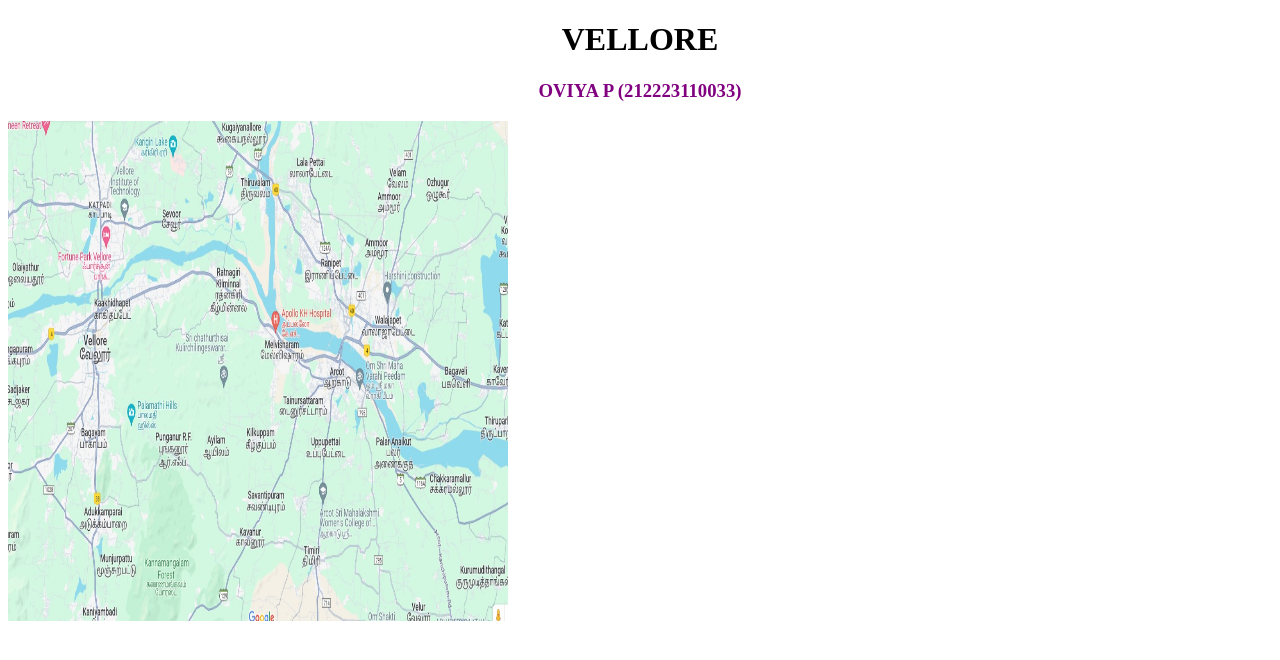
Repository: Oviya24032K6/NearMe
Page: ovi/surveyapp/static/map.html
An editor plug-in stored every save of this project. The page is shown before and after the next save, followed by the edit.
The browser window is 1280 px wide. The pictures show the whole page.

Above is the page before, as saved 2024-03-25 22:16:25.

### ovi/surveyapp/static/map.html
<!DOCTYPE html>
<html lang="en">
    <head>
        <title> NATIVE PLACE</title>
    </head>
</html>
<body>
    <h1 align="center">
        <font color="black"><b>VELLORE</b></font>
    </h1>
    <h3 align="center">
        <font color="purple"><b> OVIYA P (212223110033)</b></font>
    </h3>
    <!-- Image Map Generated by c:\Users\poviy\Music\map1.jpg-->
    <img src="destination.jpg" height="500" width="500" usemap="#image-map">
    <map name="image-map">
        <area target="_blank" alt="VIT UNIVERSITY" title="VIT UNIVERSITY" href="VIT UNIVERSITY.html" coords="1204,937,950,805" shape="rect">
        <area target="_blank" alt="VELLORE FORT" title="VELLORE FORT" href="VELLORE FORT.html" coords="1637,383,1364,255" shape="rect">
        <area target="_blank" alt="GOLDEN TEMPLE" title="GOLDEN TEMPLE" href="GOLDEEN TEMP.html" coords="938,683,111" shape="circle">
        <area target="_blank" alt="NTTF VELLORE" title="NTTF VELLORE" href="NTTF VELLORE.html" coords="141,839,289,833,291,931,149,921" shape="poly">
        <area target="_blank" alt="PALAMATHI HILLS" title="PALAMATHI HILLS" href="PALAMATHI HILLS.html" coords="1024,92,128" shape="circle">
    </map>
    <html>

After the next save:
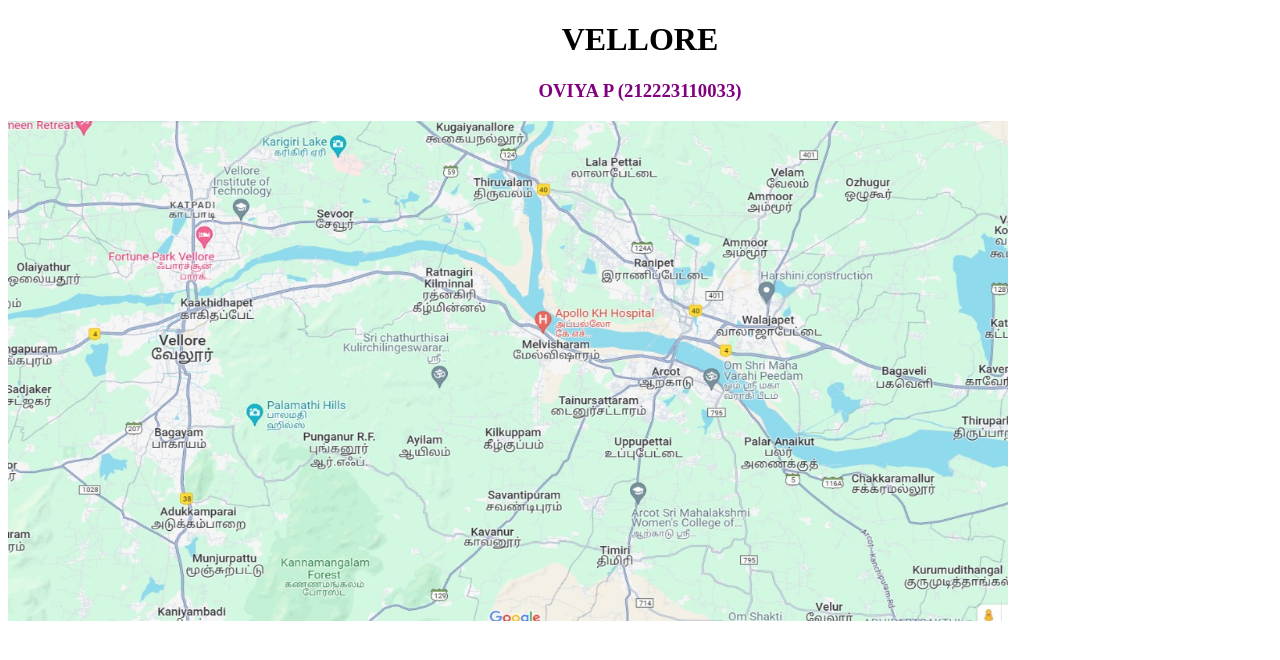
Saved 13 s later.
--- a/ovi/surveyapp/static/map.html
+++ b/ovi/surveyapp/static/map.html
@@ -12,7 +12,7 @@
         <font color="purple"><b> OVIYA P (212223110033)</b></font>
     </h3>
     <!-- Image Map Generated by c:\Users\poviy\Music\map1.jpg-->
-    <img src="destination.jpg" height="500" width="500" usemap="#image-map">
+    <img src="destination.jpg" height="500" width="1000" usemap="#image-map">
     <map name="image-map">
         <area target="_blank" alt="VIT UNIVERSITY" title="VIT UNIVERSITY" href="VIT UNIVERSITY.html" coords="1204,937,950,805" shape="rect">
         <area target="_blank" alt="VELLORE FORT" title="VELLORE FORT" href="VELLORE FORT.html" coords="1637,383,1364,255" shape="rect">
